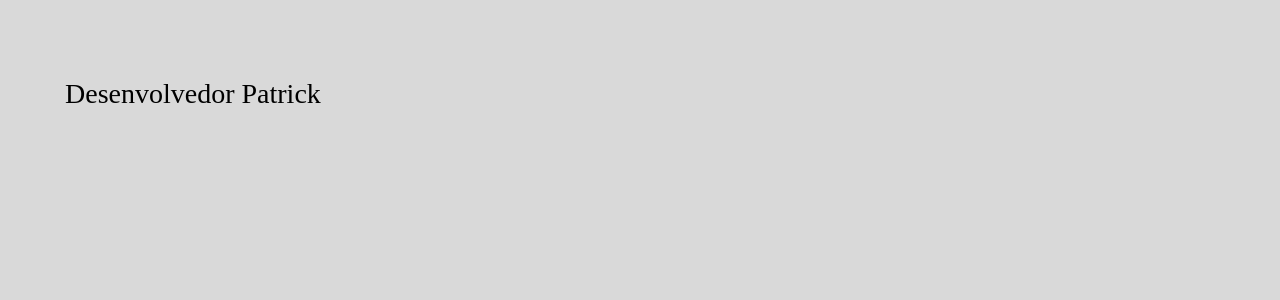
Repository: PatrickAlmeida007/aula1811
Page: index.html
An editor plug-in stored every save of this project. The page is shown before and after a run of saves, followed by the edit.
The browser window is 1280 px wide. The pictures show the whole page.

Above is the page before, as saved 2023-11-18 14:21:48.

### index.html
<!DOCTYPE html>
<html lang="pt-br">
<head>
    <meta charset="UTF-8">
    <meta name="viewport" content="width=device-width, initial-scale=1.0">
    <title>Aula 18-11</title>
    <link rel="stylesheet" href="style.css">
</head>
<body>
    <section class="section">
        <div class="container">
            <div class="sobre">

                <div class="sobre__conteudo">
                    <h1 class="sobre__titulo sobre __conteudo-titulo--verde">
                        Desenvolvedor Patrick
                    </h1>
                    </div>
                </div>
            </div>
        </div>
    </section>
</body>
</html>

### style.css
/* http://meyerweb.com/eric/tools/css/reset/
   v2.0 | 20110126
   License: none (public domain)
*/

html, body, div, span, applet, object, iframe,
h1, h2, h3, h4, h5, h6, p, blockquote, pre,
a, abbr, acronym, address, big, cite, code,
del, dfn, em, img, ins, kbd, q, s, samp,
small, strike, strong, sub, sup, tt, var,
b, u, i, center,
dl, dt, dd, ol, ul, li,
fieldset, form, label, legend,
table, caption, tbody, tfoot, thead, tr, th, td,
article, aside, canvas, details, embed,
figure, figcaption, footer, header, hgroup,
menu, nav, output, ruby, section, summary,
time, mark, audio, video {
	margin: 0;
	padding: 0;
	border: 0;
	font-size: 100%;
	font: inherit;
	vertical-align: baseline;
}
/* HTML5 display-role reset for older browsers */
article, aside, details, figcaption, figure,
footer, header, hgroup, menu, nav, section {
	display: block;
}
body {
	line-height: 1;
    background: #d9d9d9;
}
ol, ul {
	list-style: none;
}
blockquote, q {
	quotes: none;
}
blockquote:before, blockquote:after,
q:before, q:after {
	content: '';
	content: none;
}
table {
	border-collapse: collapse;
	border-spacing: 0;
}

.container {
    width:100%;
    max-width: 1150px;
    margin: 0 auto;
}

.section {
    padding: 80px 0;
}

.sobre_titulo{
    padding: 80px 0;
}

.sobre__titulo{
    font-size:28px;
    line-height: ;
}

After the next 5 saves:
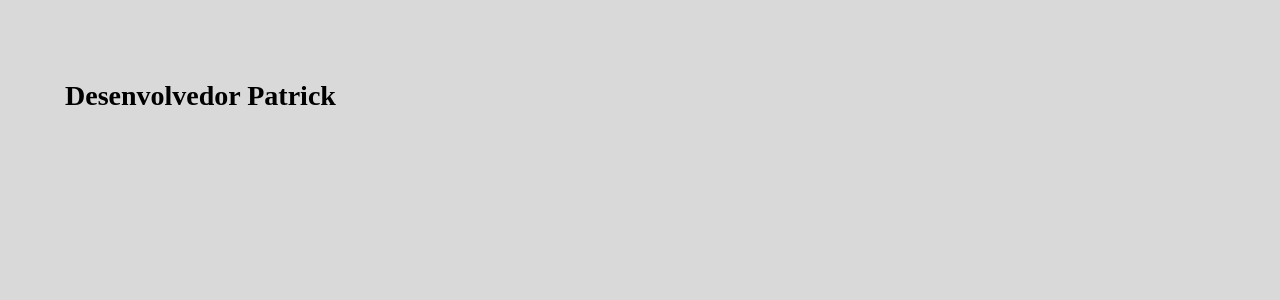
The 5 saves are shown as one change because they came seconds apart.
The last was saved 13 s later.
--- a/style.css
+++ b/style.css
@@ -64,5 +64,6 @@ table {
 
 .sobre__titulo{
     font-size:28px;
-    line-height: ;
+    line-height: normal;
+    font-weight: 700;
 }
